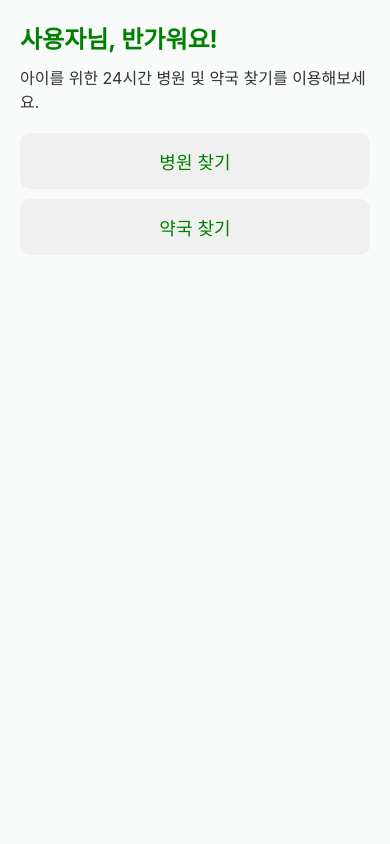
Repository: Sesac-icare/FrontEndiCare
Screen: / (app in iCare/)
The author's editor kept a copy of each file at every save. The screen is drawn from the files as they stood at one save, then again after the next save.
Some web fonts or font styles are not loaded; a fallback is used. The app was drawn by React Native's web renderer in a window 390 px wide. The project was rebuilt for these pictures with package versions that can differ from the ones it lists, and the page was loaded fresh each time. Some packages were replaced by stand-ins written for this rebuild.

Above is the screen before, as saved 2025-02-04 15:47:52.

After the next save:
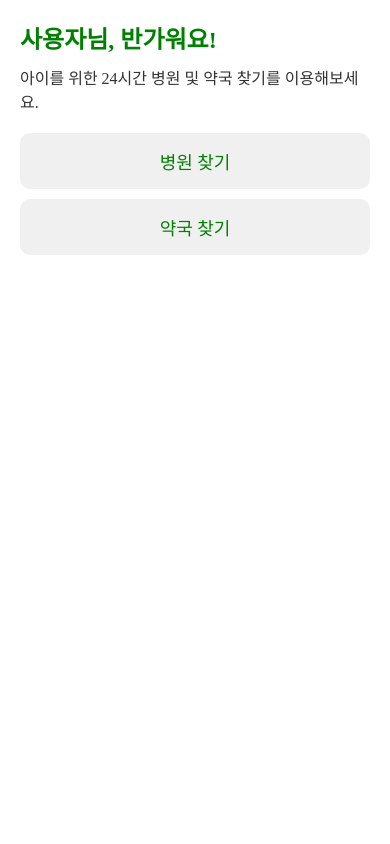
Saved 82 s later.
--- a/iCare/App.js
+++ b/iCare/App.js
@@ -36,10 +36,21 @@
 // }
 
 // export default App;
+
 import React from "react";
 import { View, Text, StyleSheet } from "react-native";
+import { useFonts } from "expo-font";
+import AppLoading from "expo-app-loading";
 
 export default function App() {
+  const [fontsLoaded] = useFonts({
+    NotoSansKR: require("./assets/fonts/NotoSansKR-Regular.otf") // Ensure this path is correct
+  });
+
+  if (!fontsLoaded) {
+    return <AppLoading />;
+  }
+
   return (
     <View style={styles.container}>
       <Text style={styles.title}>사용자님, 반가워요!</Text>
@@ -59,19 +70,21 @@ export default function App() {
 const styles = StyleSheet.create({
   container: {
     flex: 1,
-    backgroundColor: "#f9fafa",
+    backgroundColor: "#fff",
     padding: 20
   },
   title: {
     fontSize: 24,
     fontWeight: "bold",
     color: "green",
-    marginBottom: 10
+    marginBottom: 10,
+    fontFamily: "NotoSansKR"
   },
   subtitle: {
     fontSize: 16,
     color: "#333",
-    marginBottom: 20
+    marginBottom: 20,
+    fontFamily: "NotoSansKR"
   },
   button: {
     backgroundColor: "#f0f0f0",
@@ -82,6 +95,7 @@ const styles = StyleSheet.create({
   },
   buttonText: {
     fontSize: 18,
-    color: "green"
+    color: "green",
+    fontFamily: "NotoSansKR"
   }
 });
